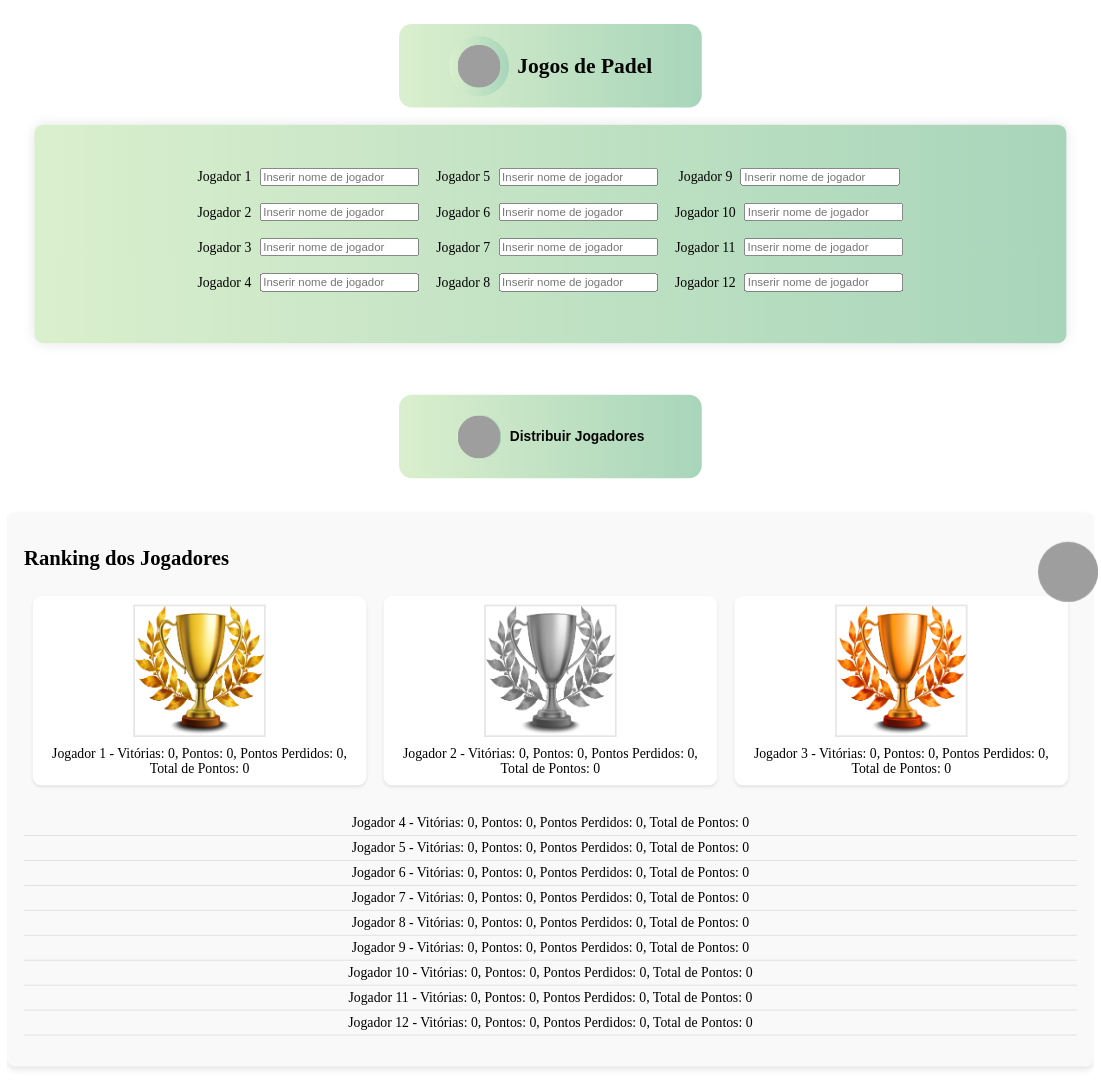
Repository: MarcioMiguel22/PadelMaster
Page: /calculadora
The author's editor kept a copy of each file at every save. The page is drawn from the files as they stood at one save, then again after the next save.
The browser window is 1280 px wide. The pictures show the whole page, at 86% of full size.
Pictures or frames that could not be fetched are drawn as grey boxes. The project was rebuilt for these pictures with package versions that can differ from the ones it lists, and the page was loaded fresh each time. Also part of the build but not shown: vite.config.ts, src/pages/Home/Home.module.css, src/pages/Home/Home.tsx, src/components/components_calculadora/TrocarJogadoresButton.module.css, src/components/components_calculadora/TrocarJogadoresButton.tsx, src/components/components_calculadora/Campo.tsx, src/components/components_calculadora/Jogo.tsx, src/components/components_calculadora/ExportButton.module.css and 6 more.

Above is the page before, as saved 2024-06-21 10:14:40.

### src/main.tsx
///home/marciomiguel/code/MarcioMiguel22/Sites/PadelMaster/src/main.tsx
import { render } from 'react-dom';
import { StrictMode } from 'react';
import App from './App';
import './index.css';

const root = document.getElementById('root')!;
render(
  <StrictMode>
    <App />
  </StrictMode>,
  root
);

### src/App.tsx

///home/marciomiguel/code/MarcioMiguel22/Sites/PadelMaster/src/App.tsx

import { BrowserRouter, Routes, Route } from 'react-router-dom';
import Home from './pages/Home/Home';
import Calculadora from './pages/Calculadora/Calculadora';
import PlayerComponent from './pages/Player/playerComponent';
function App() {
  return (
    <BrowserRouter>
      <Routes>
        <Route path="/" element={<Home />} />
        <Route path="/calculadora" element={<Calculadora />} /> // Wrap Calculadora component with curly braces
        <Route path="/player-component" element={<PlayerComponent />} />
      </Routes>
    </BrowserRouter>
  );
}

export default App

### src/components/components_calculadora/Titulo.tsx
// src/components/Titulo.tsx
import React from 'react';
import styles from './Titulo.module.css';
import tennisBall from '../../assets/images/tennis-ball.png';

interface TituloProps {
  texto: string;
  className?: string;
}

const Titulo: React.FC<TituloProps> = ({ texto }) => {
  return (
    <div className={styles.container}>
      <img
        src={tennisBall}
        alt="Tennis Ball"
        className={styles.tennisBall}
      />
      <span className={styles.label}>{texto}</span>
    </div>
  );
};

export default Titulo;

### src/components/components_calculadora/JogadoresLista.tsx
import React, { useRef, useEffect, useState } from 'react';
import JogadorItem, { InputRef } from './JogadorItem';
import { Jogador } from '../../utils/types/types';

interface JogadoresListaProps {
  jogadores: Jogador[];
  handleNomeChange: (id: number, novoNome: string) => void;
}

const JogadoresLista: React.FC<JogadoresListaProps> = ({ jogadores, handleNomeChange }) => {
  const [localJogadores, setLocalJogadores] = useState<Jogador[]>([]);
  const inputRefs = useRef<(InputRef | null)[]>([]);

  useEffect(() => {
    const storedJogadores = localStorage.getItem('jogadores');
    if (storedJogadores) {
      setLocalJogadores(JSON.parse(storedJogadores));
    } else {
      setLocalJogadores(jogadores);
    }
  }, [jogadores]);

  const focusNextInput = (index: number) => {
    if (index < inputRefs.current.length - 1) {
      inputRefs.current[index + 1]?.focus();
    }
  };

  const handleNomeChangeWithStorage = (id: number, novoNome: string) => {
    handleNomeChange(id, novoNome);
    const updatedJogadores = localJogadores.map(jogador =>
      jogador.id === id ? { ...jogador, nome: novoNome } : jogador
    );
    setLocalJogadores(updatedJogadores);
    localStorage.setItem('jogadores', JSON.stringify(updatedJogadores));
  };

  return (
    <div className="jogadores-lista">
      {Array.from({ length: 3 }, (_, i) => (
        <div className="jogadores-coluna" key={i}>
          {localJogadores.slice(i * 4, (i + 1) * 4).map((jogador, jIndex) => (
            <JogadorItem
              key={jogador.id}
              jogador={jogador}
              handleNomeChange={handleNomeChangeWithStorage}
              focusNextInput={() => focusNextInput(i * 4 + jIndex)}
              ref={(el) => (inputRefs.current[i * 4 + jIndex] = el)}
            />
          ))}
        </div>
      ))}
    </div>
  );
};

export default JogadoresLista;

### src/components/components_calculadora/Ranking.tsx
import React from 'react';
import ouro from '../../assets/images/ouro.png';
import prata from '../../assets/images/prata.png';
import bronze from '../../assets/images/bronze.png';
import styles from './Ranking.module.css';

interface Jogador {
  id: number;
  nome: string;
  vitorias: number;
  pontos: number;
  pontosPerdidos: number;
  totalPontos: number; // Adicione esta linha
}

interface RankingProps {
  jogadoresClassificados: Jogador[];
}

const Ranking: React.FC<RankingProps> = ({ jogadoresClassificados }) => {
  const top3 = jogadoresClassificados.slice(0, 3);
  const outrosJogadores = jogadoresClassificados.slice(3);

  const medalhas = [ouro, prata, bronze];

  return (
    <div className={styles.rankingContainer}>
      <h2>Ranking dos Jogadores</h2>
      <div className={styles.top3Container}>
        {top3.map((jogador, index) => (
          <div key={jogador.id} className={styles.top3Item}>
            <img src={medalhas[index]} alt={`Medalha de ${index + 1}`} className={styles.medalha} />
            {jogador.nome} - Vitórias: {jogador.vitorias}, Pontos: {jogador.pontos}, Pontos Perdidos: {jogador.pontosPerdidos}, Total de Pontos: {jogador.totalPontos}
          </div>
        ))}
      </div>
      <ul className={styles.outrosJogadores}>
        {outrosJogadores.map((jogador) => (
          <li key={jogador.id}>
            {jogador.nome} - Vitórias: {jogador.vitorias}, Pontos: {jogador.pontos}, Pontos Perdidos: {jogador.pontosPerdidos}, Total de Pontos: {jogador.totalPontos}
          </li>
        ))}
      </ul>
    </div>
  );
};

export default Ranking;

### src/components/components_calculadora/ScrollToTopButton.tsx
import React, { useState } from 'react';
import tennisBall from '../../assets/images/tennis-ball.png';
import styles from './ScrollToTopButton.module.css';

interface ScrollToTopButtonProps {
  refs: (React.RefObject<HTMLDivElement> | HTMLDivElement | null)[];
}

const ScrollToTopButton: React.FC<ScrollToTopButtonProps> = ({ refs }) => {
  const [animation, setAnimation] = useState<string>('');

  const handleScroll = () => {
    if (window.scrollY > 0) {
      setAnimation(styles.bounce);
      setTimeout(() => {
        window.scrollTo({ top: 0, behavior: 'smooth' });
        setAnimation('');
      }, 500);
    } else {
      setAnimation(styles.disappear);
      setTimeout(() => {
        refs.forEach((ref) => {
          if (ref && 'current' in ref) {
            ref.current?.scrollIntoView({ behavior: 'smooth' });
          } else if (ref) {
            (ref as HTMLDivElement).scrollIntoView({ behavior: 'smooth' });
          }
        });
        setAnimation('');
      }, 500);
    }
  };

  return (
    <button onClick={handleScroll} className={styles.scrollToTop}>
      <img src={tennisBall} alt="Tennis Ball" className={`${styles.tennisBall} ${animation}`} />
    </button>
  );
};

export default ScrollToTopButton;

### src/components/components_calculadora/DistributeButton.tsx
import React, { useState } from 'react';
import tennisBall from '../../assets/images/tennis-ball.png';
import styles from './DistributeButton.module.css'; // Importando o arquivo CSS Module

const DistributeButton: React.FC<{ onClick: () => void }> = ({ onClick }) => {
  // Estado para rastrear se a bola está girando
  const [isRotating, setIsRotating] = useState(false);

  // Função chamada ao clicar no botão
  const handleClick = () => {
    // Definindo estado de rotação como verdadeiro para iniciar a animação
    setIsRotating(true);

    // Após o tempo da animação (1 segundo), definir rotação como falso e chamar onClick
    setTimeout(() => {
      setIsRotating(false);
      // Chama a função onClick somente após a animação completar
      onClick();
    }, 1000); // Tempo da animação em milissegundos
  };

  return (
    <div className={styles.container}>
      <button onClick={handleClick} className={styles.distributeButton}>
        <img
          src={tennisBall}
          alt="Tennis Ball"
          // Adiciona a classe 'rotate' condicionalmente baseado no estado isRotating
          className={`${styles.tennisBall} ${isRotating ? styles.rotate : ''}`}
        />
        <span className={styles.label}>Distribuir Jogadores</span>
      </button>
    </div>
  );
};

export default DistributeButton;

### src/utils/playerUtils.ts
// src/utils/playerUtils.ts

import { Jogador } from '../utils/types/types';

export const handleNomeChange = (jogadores: Jogador[], id: number, novoNome: string): Jogador[] => {
  return jogadores.map(jogador =>
    jogador.id === id ? { ...jogador, nome: novoNome } : jogador
  );
};

export const selecionarJogador = (jogadoresSelecionados: Jogador[], jogador: Jogador): Jogador[] => {
  if (jogadoresSelecionados.includes(jogador)) {
    return jogadoresSelecionados.filter(j => j.id !== jogador.id);
  } else {
    if (jogadoresSelecionados.length < 2) {
      return [...jogadoresSelecionados, jogador];
    } else {
      return jogadoresSelecionados;
    }
  }
};

### src/utils/resultUtils.ts
// src/utils/resultUtils.ts

import { Campo as CampoType } from '../utils/types/types';

export const todosResultadosInseridos = (jogos: CampoType[][]): boolean => {
  return jogos.length > 0 && jogos.every(jogo =>
    jogo.every(campo =>
      campo.times.every(time =>
        typeof time.resultado === 'number'
      )
    )
  );
};

### src/components/components_calculadora/Titulo.module.css
/* src/components/components_calculadora/DistributeButton.module.css */
.container {
  width: 350px;
  height: 95px;
  background: linear-gradient(to right, #daefcd, #a8d5ba);
  padding: 1px;
  border-radius: 15px;
  display: flex;
  justify-content: center;
  align-items: center;
  margin-top: 20px;
}

.distributeButton {
  position: relative;
  width: auto;
  height: 70px;
  border: none;
  background: none;
  cursor: pointer;
  display: flex;
  align-items: center;
  justify-content: center;
  flex-direction: row;
}

.tennisBall {
  width: 50px;
  height: 50px;
  background: linear-gradient(to right, #daefcd, #a8d5ba);
  border-radius: 50%;
  padding: 10px;
  transition: transform 1s ease-in-out; /* Adiciona uma transição suave */
}

.label {
  font-size: 25px;
  color: rgb(5, 5, 5);
  font-weight: bold;
  margin-left: 10px;
}

### src/components/components_calculadora/JogadorItem.tsx

import React, { useState, useEffect, useRef, forwardRef, useImperativeHandle } from 'react';
import { Jogador } from '../../utils/types/types'; // Importando o tipo Jogador

interface JogadorItemProps {
  jogador: Jogador;
  handleNomeChange: (id: number, novoNome: string) => void;
  focusNextInput: () => void;
}

export interface InputRef {
  focus: () => void;
}

const JogadorItem = forwardRef<InputRef, JogadorItemProps>(({ jogador, handleNomeChange, focusNextInput }, ref) => {
  const [nome, setNome] = useState('');
  const inputRef = useRef<HTMLInputElement>(null);

  useImperativeHandle(ref, () => ({
    focus: () => {
      inputRef.current?.focus();
    }
  }));

  useEffect(() => {
    // Set the initial value for the input
    setNome(jogador.nome === `Jogador ${jogador.id}` ? '' : jogador.nome);
  }, [jogador.nome, jogador.id]);

  const handleBlur = () => {
    if (nome.trim() === '') {
      handleNomeChange(jogador.id, `Jogador ${jogador.id}`);
      setNome('');
    } else {
      handleNomeChange(jogador.id, nome);
    }
  };

  const handleKeyDown = (e: React.KeyboardEvent) => {
    if (e.key === 'Enter') {
      focusNextInput();
    }
  };

  return (
    <div className="jogador-item">
      <label>{`Jogador ${jogador.id}`}</label>
      <input
        ref={inputRef}
        type="text"
        value={nome}
        onChange={(e) => setNome(e.target.value)}
        onBlur={handleBlur}
        onKeyDown={handleKeyDown}
        placeholder="Inserir nome de jogador"
      />
    </div>
  );
});

JogadorItem.displayName = "JogadorItem";

export default JogadorItem;

### src/components/components_calculadora/Ranking.module.css
/*src/components/components_calculadora/Ranking.module.css*/

.rankingContainer {
  padding: 20px;
  background-color: #f9f9f9;
  border-radius: 10px;
  box-shadow: 0 4px 8px rgba(0, 0, 0, 0.1);
}

.top3Container {
  display: flex;
  justify-content: space-around;
  margin-bottom: 20px;
  flex-wrap: wrap; /* Ensure items wrap in smaller screens */
}

.top3Item {
  display: flex;
  flex-direction: column;
  align-items: center;
  padding: 10px;
  background-color: #ffffff;
  border-radius: 10px;
  box-shadow: 0 2px 4px rgba(0, 0, 0, 0.1);
  text-align: center;
  margin: 10px; /* Added margin to ensure spacing between items */
  flex-basis: calc(33.33% - 20px); /* Ensure items take equal width, minus margins */
  box-sizing: border-box; /* Ensure padding is included in the element's width */
}

.medalha {
  width: 150px;
  height: 150px;
  margin-bottom: 10px;
  transition: transform 0.3s ease-in-out;
  object-fit: initial;
  background-color: transparent; /* Certifique-se de que o fundo é transparente */
  border: 2px solid rgba(0, 0, 0, 0.1); /* Adicione uma borda leve para verificar a transparência */
}


.medalha:hover {
  transform: scale(8);
  animation: pulse 1s infinite;
}

@keyframes pulse {
  0% {
    transform: scale(1.2);
  }
  50% {
    transform: scale(1.25);
  }
  100% {
    transform: scale(1.2);
  }
}

.outrosJogadores {
  list-style-type: none;
  padding: 0;
}

.outrosJogadores li {
  padding: 5px 0;
  border-bottom: 1px solid #ddd;
  text-align: center;
}

/* Media Queries for Smaller Screens */
@media screen and (max-width: 767px) {
  .top3Item {
    flex-basis: 25%; /* Two items per row on smaller screens */
  }
}

@media screen and (max-width: 479px) {
  .top3Item {
    flex-basis: 25%; /* One item per row on the smallest screens */
  }
}

### src/components/components_calculadora/ScrollToTopButton.module.css
.scrollToTop {
  position: fixed;
  bottom: 20px;
  left: 97%;
  transform: translateX(-50%);
  width: 70px;
  height: 70px;
  border: none;
  background: none;
  cursor: pointer;
  display: flex;
  align-items: center;
  justify-content: center;
  transition: transform 0.3s ease-in-out;
}

.tennisBall {
  width: 100%;
  height: 100%;
  position: absolute;
  border-radius: 50%;
}

@keyframes bounce {
  0%, 100% {
    transform: translateY(0);
  }
  50% {
    transform: translateY(-50px);
  }
}

@keyframes disappear {
  0% {
    opacity: 1;
    transform: translateY(0);
  }
  100% {
    opacity: 0;
    transform: translateY(50px);
  }
}

.bounce {
  animation: bounce 0.5s ease-in-out;
}

.disappear {
  animation: disappear 0.5s forwards;
}

### src/components/components_calculadora/DistributeButton.module.css
/* src/components/components_calculadora/DistributeButton.module.css */
.container {
  width: 350px;
  height: 95px;
  background: linear-gradient(to right, #daefcd, #a8d5ba);
  padding: 1px;
  border-radius: 15px;
  display: flex;
  justify-content: center;
  align-items: center;
  margin-top: 20px;
}

.distributeButton {
  position: relative;
  width: auto;
  height: 70px;
  border: none;
  background: none;
  cursor: pointer;
  display: flex;
  align-items: center;
  justify-content: center;
  flex-direction: row;
}

.tennisBall {
  width: 50px;
  height: 50px;
  background: linear-gradient(to right, #daefcd, #a8d5ba);
  border-radius: 100%;
  padding: 1px;
  transition: transform 1s ease-in-out; /* Adiciona uma transição suave */
}

.tennisBall.rotate {
  transform: rotate(360deg); /* Roda a bola em 360 graus */
}

.label {
  font-size: 16px;
  color: rgb(5, 5, 5);
  font-weight: bold;
  margin-left: 10px;
}

### src/utils/utils.ts
// src/utils/utils.ts

export const embaralharArray = <T,>(array: T[]): T[] => {
  const copiaArray = [...array];
  for (let i = copiaArray.length - 1; i > 0; i--) {
    const j = Math.floor(Math.random() * (i + 1));
    [copiaArray[i], copiaArray[j]] = [copiaArray[j], copiaArray[i]];
  }
  return copiaArray;
};

import { Jogador, Time, Campo as CampoType } from '../utils/types/types';

export const criarTimes = (jogadores: Jogador[]): Time[] => {
  const jogadoresEmbaralhados = embaralharArray(jogadores);
  const times: Time[] = [];
  for (let i = 0; i < jogadoresEmbaralhados.length; i += 2) {
    times.push({ jogadores: jogadoresEmbaralhados.slice(i, i + 2), resultado: 0 });
  }
  return times;
};

export const criarCampos = (times: Time[]): CampoType[] => [
  { id: 1, times: times.slice(0, 2) },
  { id: 2, times: times.slice(2, 4) },
  { id: 3, times: times.slice(4, 6) },
];

export const atualizarRanking = (jogadores: Jogador[], jogos: CampoType[][]) => {
  const jogadoresAtualizados = [...jogadores].map(jogador => {
    let vitorias = 0;
    let pontos = 0;
    let pontosPerdidos = 0;
    jogos.forEach(jogo => {
      jogo.forEach(campo => {
        campo.times.forEach(time => {
          if (time.jogadores.some(j => j.id === jogador.id)) {
            pontos += time.resultado;
            const oponente = campo.times[1 - campo.times.indexOf(time)];
            pontosPerdidos += oponente.resultado;
            if (time.resultado > oponente.resultado) {
              vitorias += 1;
            }
          }
        });
      });
    });
    const totalPontos = pontos - pontosPerdidos;
    return { ...jogador, vitorias, pontos, pontosPerdidos, totalPontos };
  });

  return jogadoresAtualizados.sort((a, b) => {
    if (b.totalPontos === a.totalPontos) {
      if (b.vitorias === a.vitorias) {
        return b.pontos - a.pontos;
      }
      return b.vitorias - a.vitorias;
    }
    return b.totalPontos - a.totalPontos; // Maior totalPontos classifica mais alto
  });
};

Loaded but not shown: index.html (common file); src/pages/Calculadora/Calculadora.tsx (183 lines, source omitted); src/utils/gameLogic.ts (164 lines, source omitted); src/pages/Calculadora/Calculadora.css (279 lines, source omitted)

After the next save:
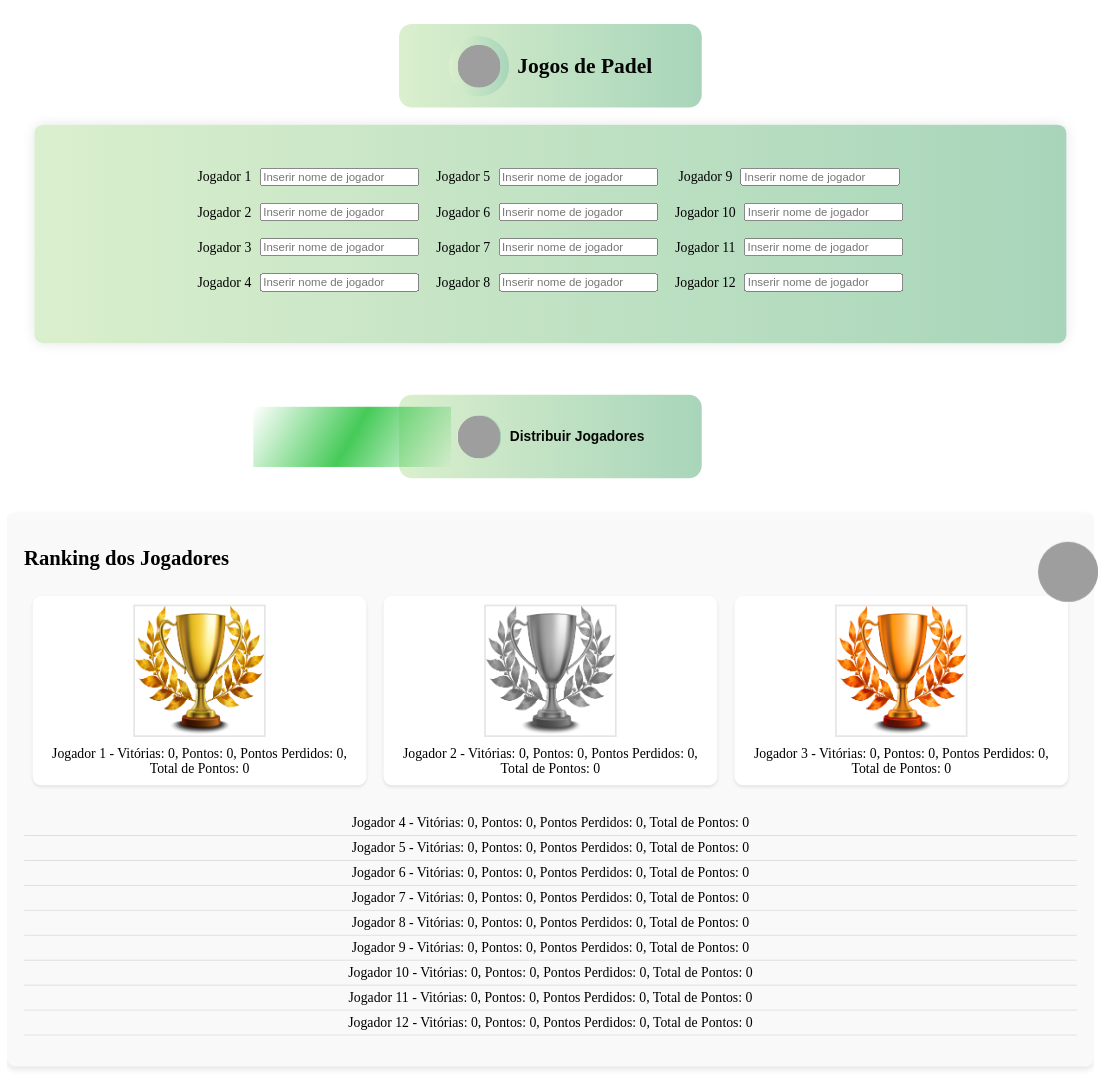
Saved 65 s later.
--- a/src/components/components_calculadora/DistributeButton.module.css
+++ b/src/components/components_calculadora/DistributeButton.module.css
@@ -43,3 +43,14 @@
   font-weight: bold;
   margin-left: 10px;
 }
+.distributeButton ::before {
+  content: "";
+  position: absolute;
+  top: 0;
+  left: 0;
+  width: 100%;
+  height: 100%;
+  background: linear-gradient(120deg, transparent, #46ca58, transparent);
+  transform: translateX(-100%);
+  transition: transform 0.6s;
+}

After the 3 saves that followed:
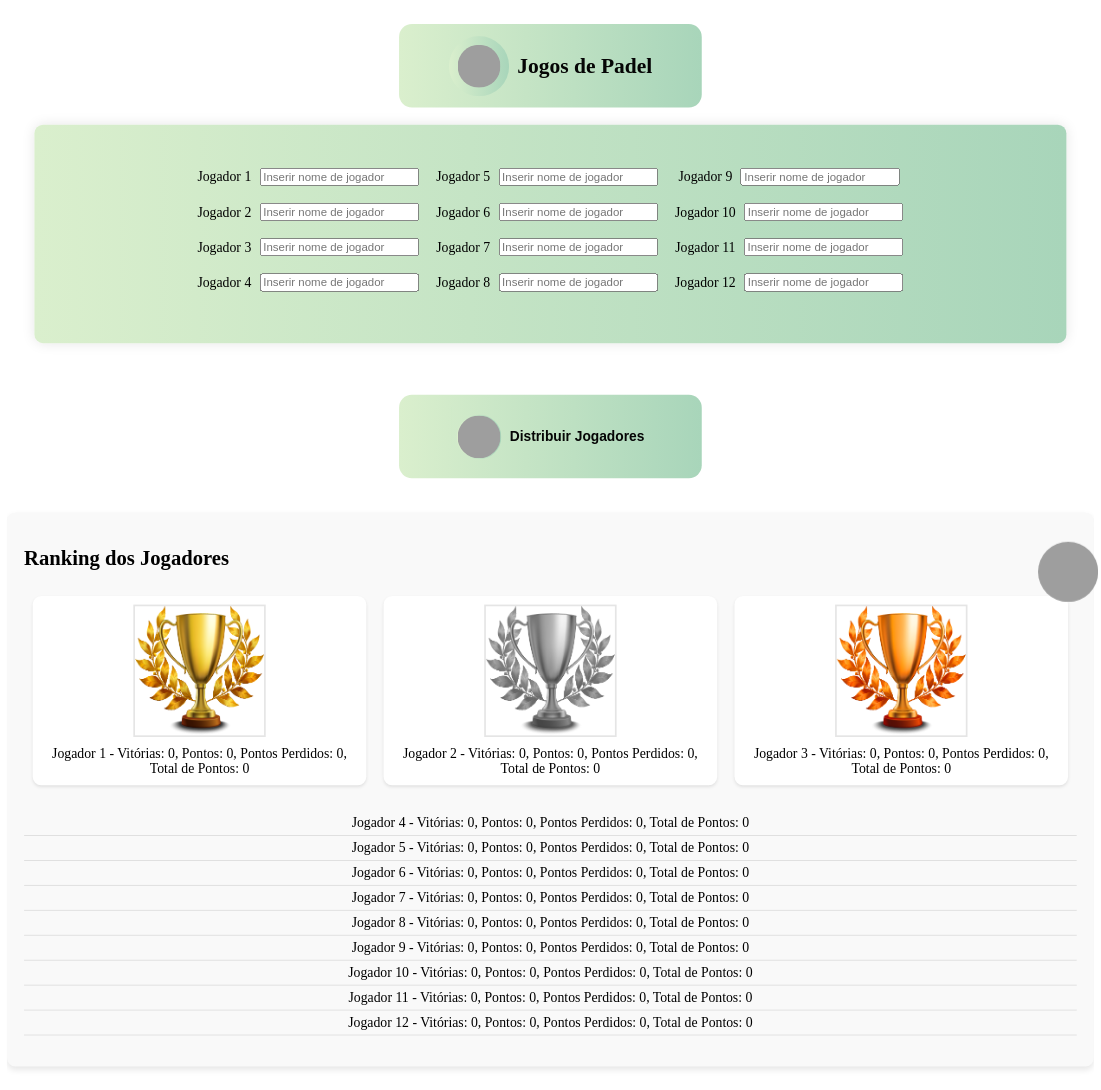
The 3 saves are shown as one change because 2 left the picture as it was.
The last was saved 2 min 23 s later.
--- a/src/components/components_calculadora/DistributeButton.module.css
+++ b/src/components/components_calculadora/DistributeButton.module.css
@@ -22,6 +22,7 @@
   align-items: center;
   justify-content: center;
   flex-direction: row;
+  overflow: hidden; /* Garante que o pseudo-elemento não ultrapasse o contêiner */
 }
 
 .tennisBall {
@@ -43,7 +44,8 @@
   font-weight: bold;
   margin-left: 10px;
 }
-.distributeButton ::before {
+
+.distributeButton::before {
   content: "";
   position: absolute;
   top: 0;
@@ -54,3 +56,7 @@
   transform: translateX(-100%);
   transition: transform 0.6s;
 }
+
+.distributeButton:hover::before {
+  transform: translateX(0%);
+}
